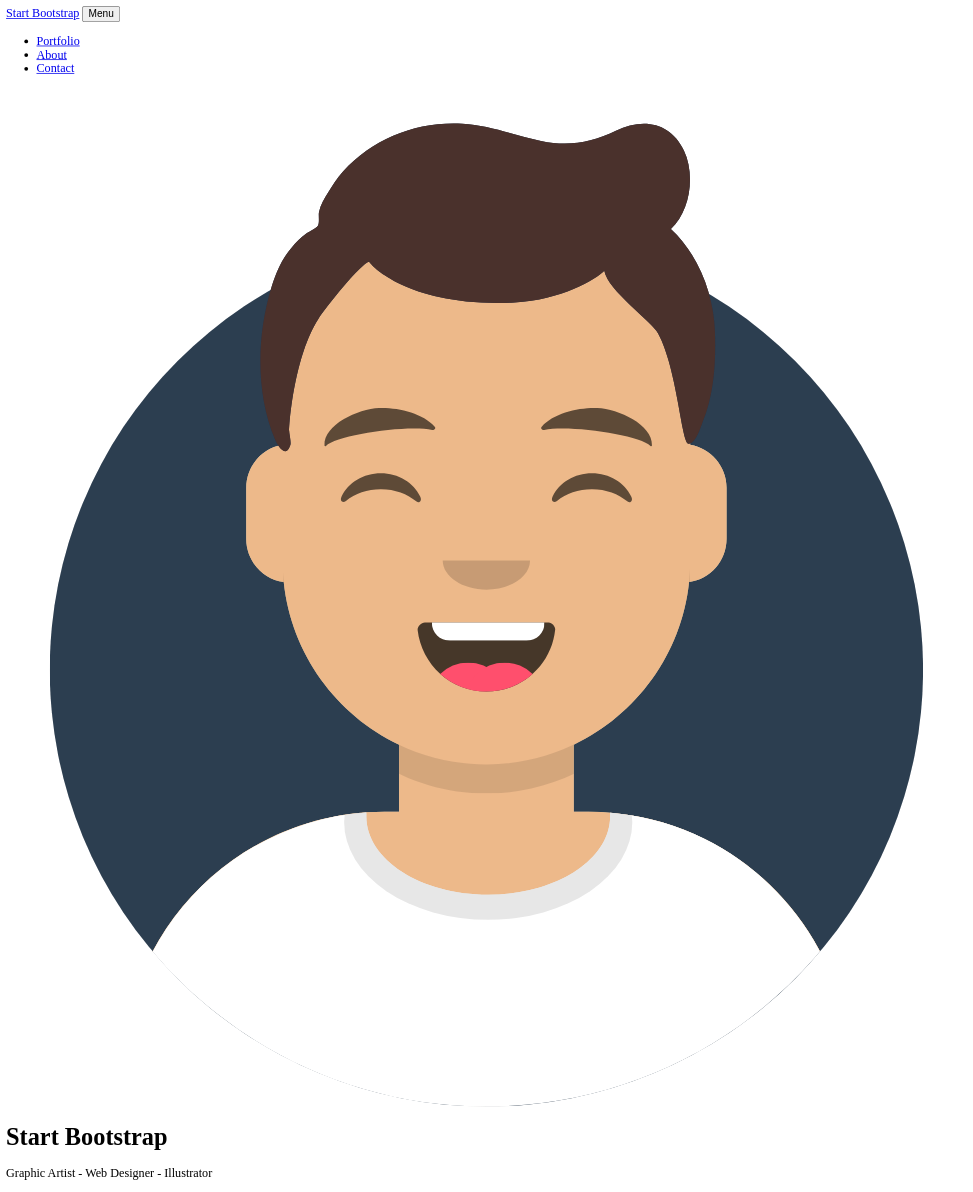
Repository: kvmhyvmvn/Study_JspServlet
Page: http://localhost/06.Last/include/header.jsp
The author's editor kept a copy of each file at every save. The page is drawn from the files as they stood at one save, then again after a run of saves.
The browser window is 1280 px wide. The pictures show the whole page, at 76% of full size.
The page is served by Tomcat 9.

Above is the page before, as saved 2023-05-26 00:56:01.

After the next 2 saves:
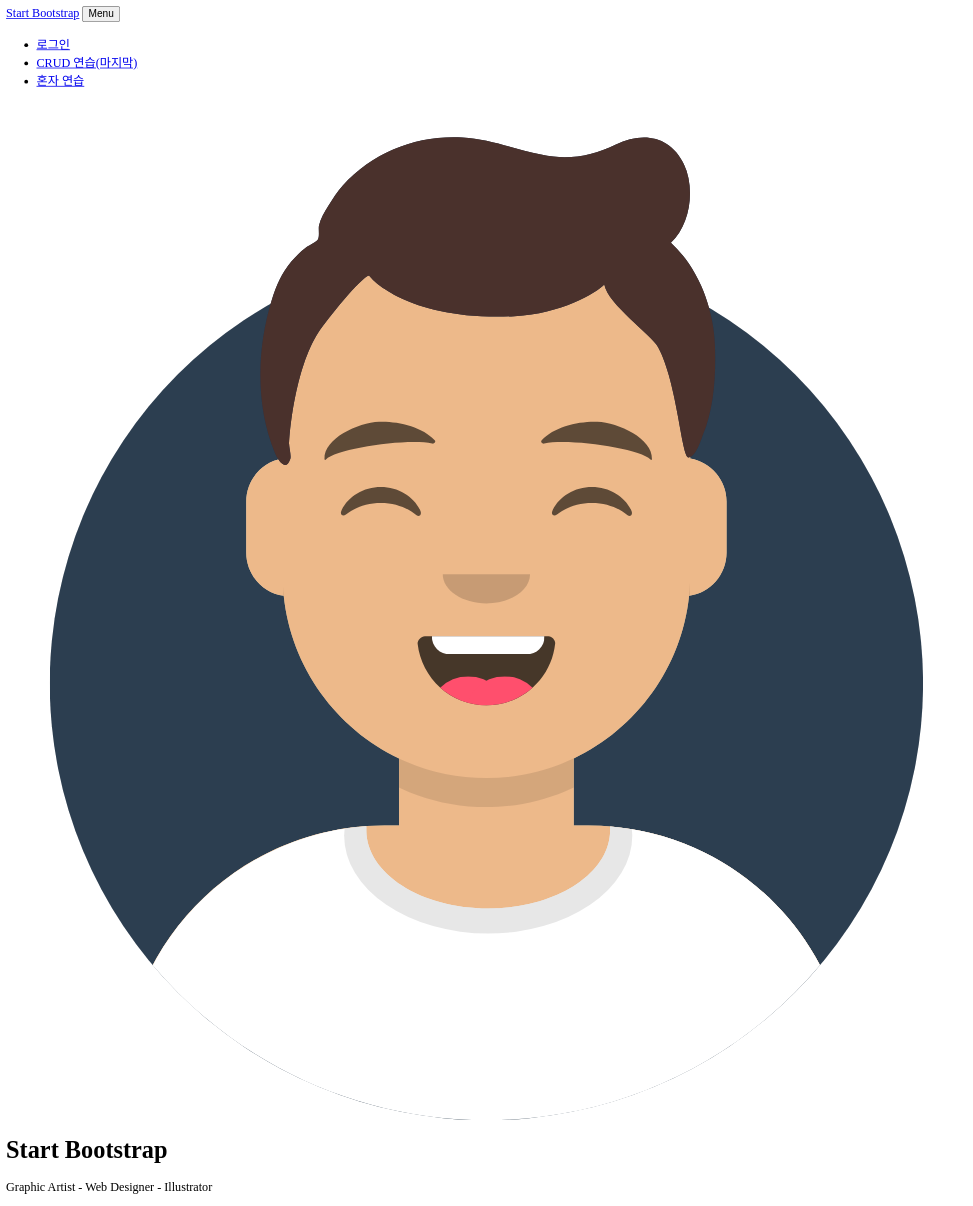
The 2 saves are shown as one change because 1 did not build or start.
The last was saved 2 min 38 s later.
--- a/WorkSpace/06.Last/src/main/webapp/include/header.jsp
+++ b/WorkSpace/06.Last/src/main/webapp/include/header.jsp
@@ -10,9 +10,9 @@
                 </button>
                 <div class="collapse navbar-collapse" id="navbarResponsive">
                     <ul class="navbar-nav ms-auto">
-                        <li class="nav-item mx-0 mx-lg-1"><a class="nav-link py-3 px-0 px-lg-3 rounded" href="#portfolio">Portfolio</a></li>
-                        <li class="nav-item mx-0 mx-lg-1"><a class="nav-link py-3 px-0 px-lg-3 rounded" href="#about">About</a></li>
-                        <li class="nav-item mx-0 mx-lg-1"><a class="nav-link py-3 px-0 px-lg-3 rounded" href="#contact">Contact</a></li>
+                        <li class="nav-item mx-0 mx-lg-1"><a class="nav-link py-3 px-0 px-lg-3 rounded" href="#portfolio">로그인</a></li>
+                        <li class="nav-item mx-0 mx-lg-1"><a class="nav-link py-3 px-0 px-lg-3 rounded" href="#about">CRUD 연습(마지막)</a></li>
+                        <li class="nav-item mx-0 mx-lg-1"><a class="nav-link py-3 px-0 px-lg-3 rounded" href="#contact">혼자 연습</a></li>
                     </ul>
                 </div>
             </div>
